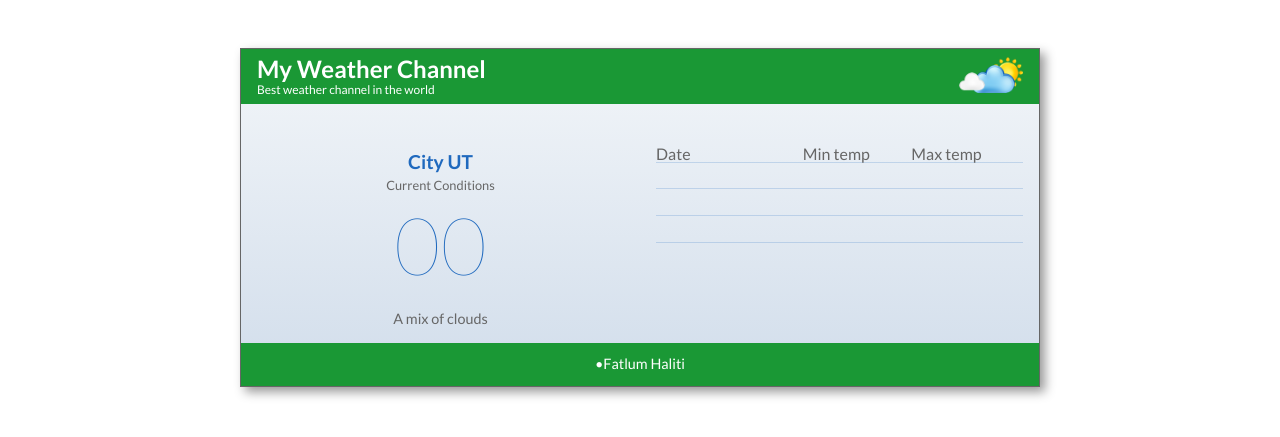
Repository: thinsanta/weather-site
Page: index.html
An editor plug-in stored every save of this project. The page is shown before and after the next save, followed by the edit.
The browser window is 1280 px wide. The pictures show the whole page.
The page's requests for data from a server got no answer.

Above is the page before, as saved 2019-10-28 11:35:01.

After the next save:
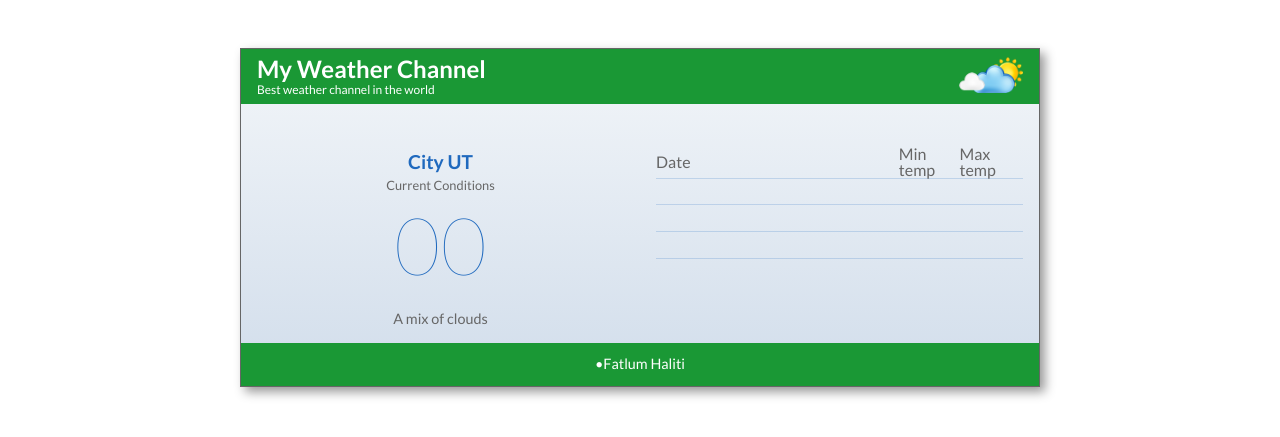
Saved 4 min 57 s later.
--- a/css/styles.css
+++ b/css/styles.css
@@ -159,6 +159,9 @@ main {
     flex-grow: 1; }
   main #right div span:nth-child(4) {
     flex-grow: 1; }
+    #r0c3{
+      padding-left: 30%;
+    }
 
 /*  FOOTER  */
 footer {
